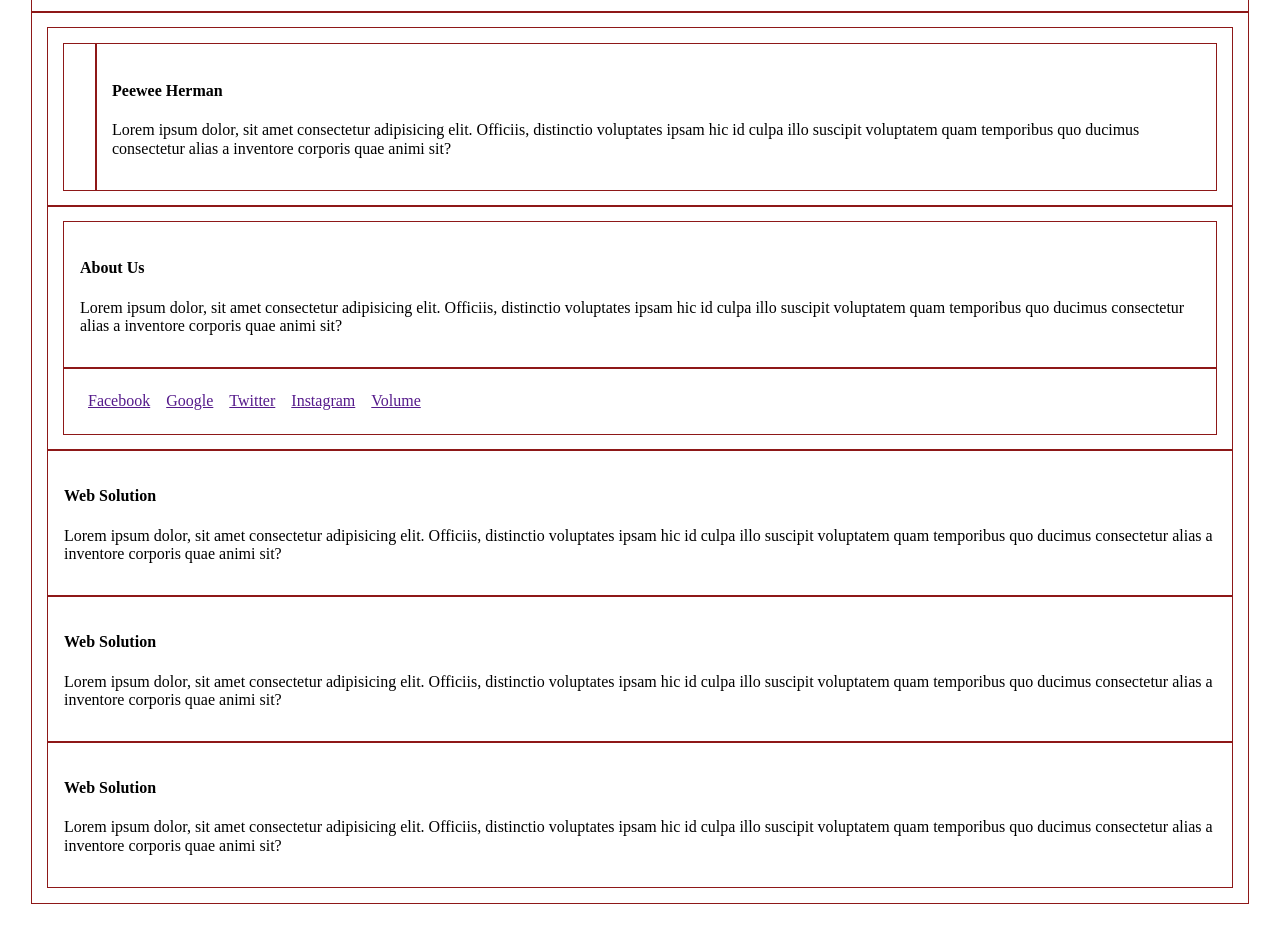
Repository: kionale/Project1_Lab3_ResponsiveLayout
Page: index.html
The author's editor kept a copy of each file at every save. The page is drawn from the files as they stood at one save, then again after the next save.
The browser window is 1280 px wide. The pictures show the part of the page from y = 3481 to 4416 px (the page is 4416 px tall before and 4382 px after).
A picture or video elsewhere on the page could not be fetched, so the positions and the page height are approximate.

Above is the page before, as saved 2023-01-26 00:22:46.

After the next save:
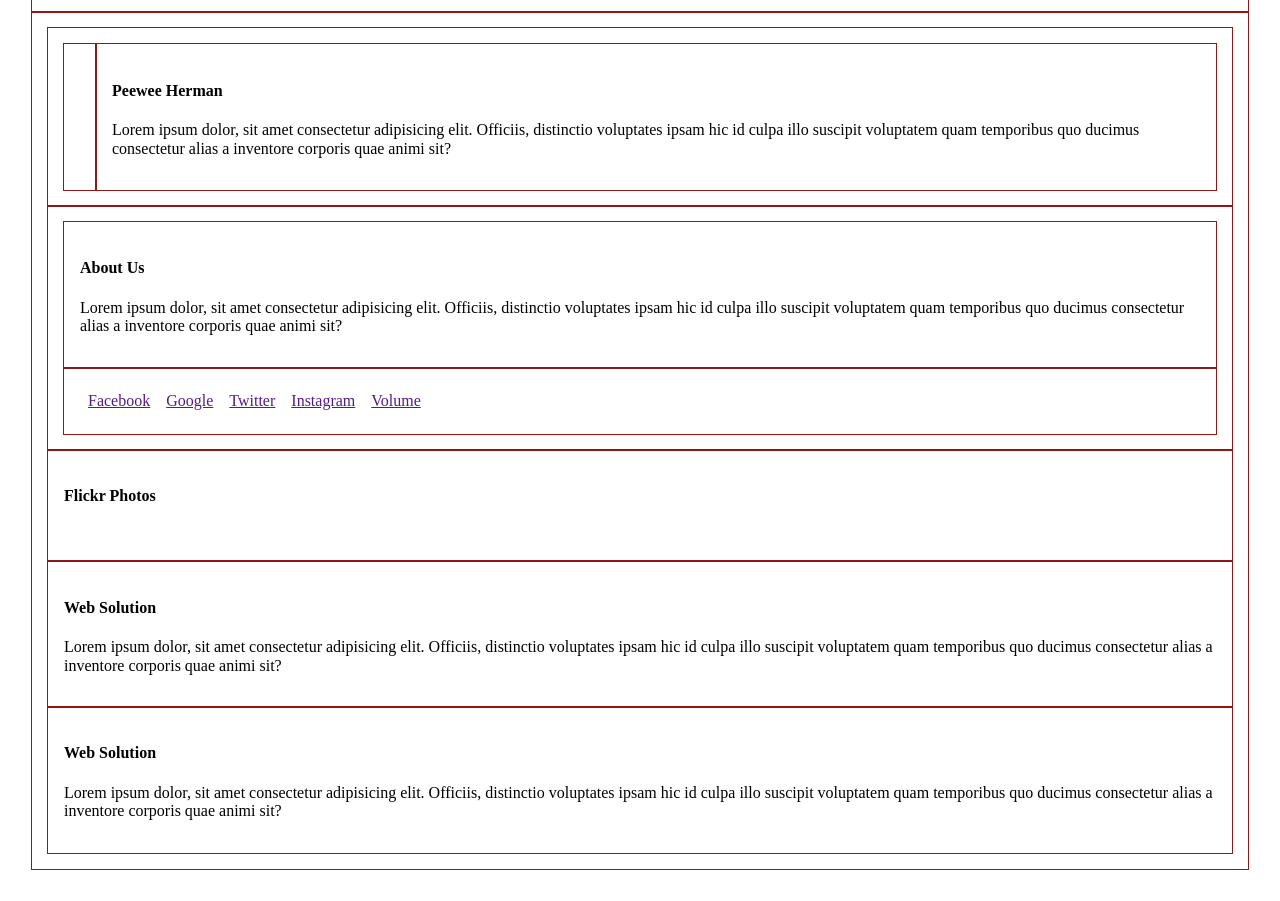
Saved 59 s later.
--- a/index.html
+++ b/index.html
@@ -325,11 +325,13 @@
     </div>
 
     <div>
-      <h4>Web Solution</h4>
-      <p>Lorem ipsum dolor, sit amet consectetur adipisicing elit. Officiis, distinctio voluptates ipsam hic
-        id
-        culpa illo suscipit voluptatem quam temporibus quo ducimus consectetur alias a inventore corporis quae
-        animi sit?</p>
+      <h4>Flickr Photos</h4>
+      <img src="" alt="">
+      <img src="" alt="">
+      <img src="" alt="">
+      <img src="" alt="">
+      <img src="" alt="">
+      <img src="" alt="">
     </div>
     <div>
       <h4>Web Solution</h4>
